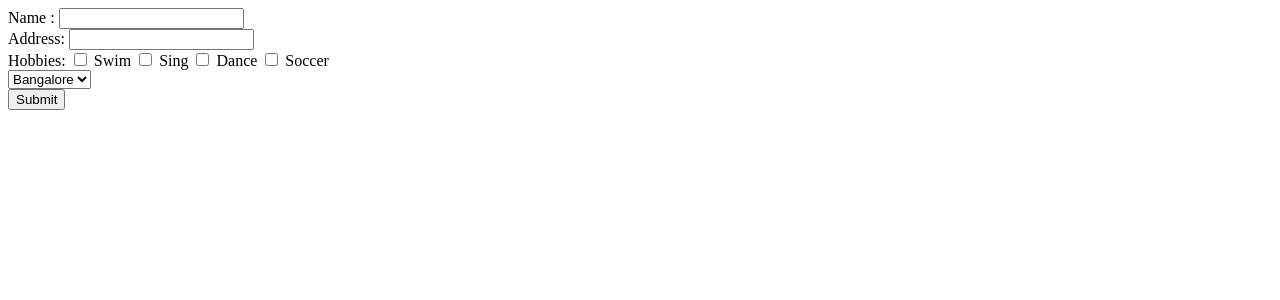
Repository: 164424-RoshanKanwal/All_Assignments
Page: MyFirstProject/WebContent/HTML/userForm.html
An editor plug-in stored every save of this project. The page is shown before and after the next save, followed by the edit.
The browser window is 1280 px wide. The pictures show the whole page.

Above is the page before, as saved 2018-12-03 12:43:08.

After the next save:
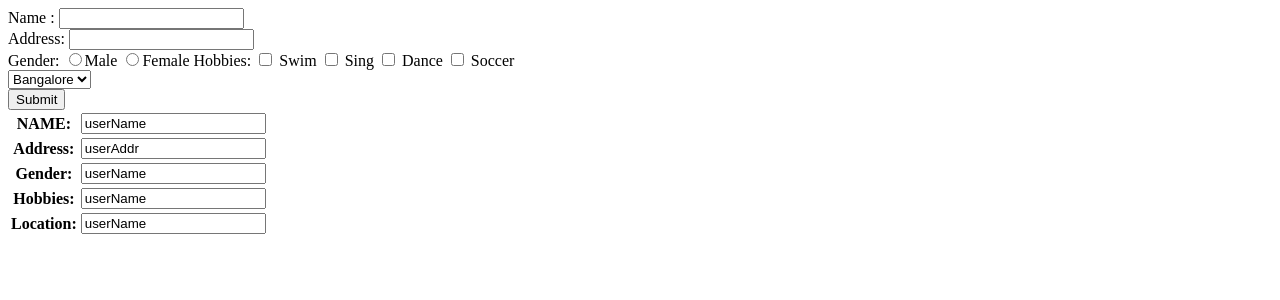
Saved 5 min 43 s later.
--- a/MyFirstProject/WebContent/HTML/userForm.html
+++ b/MyFirstProject/WebContent/HTML/userForm.html
@@ -8,11 +8,15 @@
 <form action ="/MyFirstProject/first" method = "get">
 Name : <input type="text" name = "userName" id = "userId"><br>
 Address:  <input type="text" name = "userAddr" id = "userAddr"><br>
+Gender: <input type="radio" name = "gender" id = "userG">Male
+<input type="radio" name = "gender" id = "userG">Female
 Hobbies: <input type = "checkbox" name = "Swim"> Swim
 <input type = "checkbox" name = "Sing"> Sing
 <input type = "checkbox" name = "Dance"> Dance
 <input type = "checkbox" name = "Soccer"> Soccer
 <br>
+
+
 
 <select>
 <option value = "bangalore">Bangalore</option>
@@ -26,3 +30,26 @@ Hobbies: <input type = "checkbox" name = "Swim"> Swim
 </form>
 </body>
 </html>
+
+
+<table>
+<tr><th>NAME:</th>
+<td><input type= "text" name ="uname" value = "userName"/></td></tr>
+
+<tr><th>Address:</th>
+<td><input type= "text" name ="uaddr" value = "userAddr"/></td></tr>
+
+<tr><th>Gender:</th>
+<td><input type= "text" name ="uname" value = "userName"/></td></tr>
+
+<tr><th>Hobbies:</th>
+<td><input type= "text" name ="uname" value = "userName"/></td></tr>
+
+<tr><th>Location:</th>
+<td><input type= "text" name ="uname" value = "userName"/></td></tr>
+
+
+
+
+
+</table>
